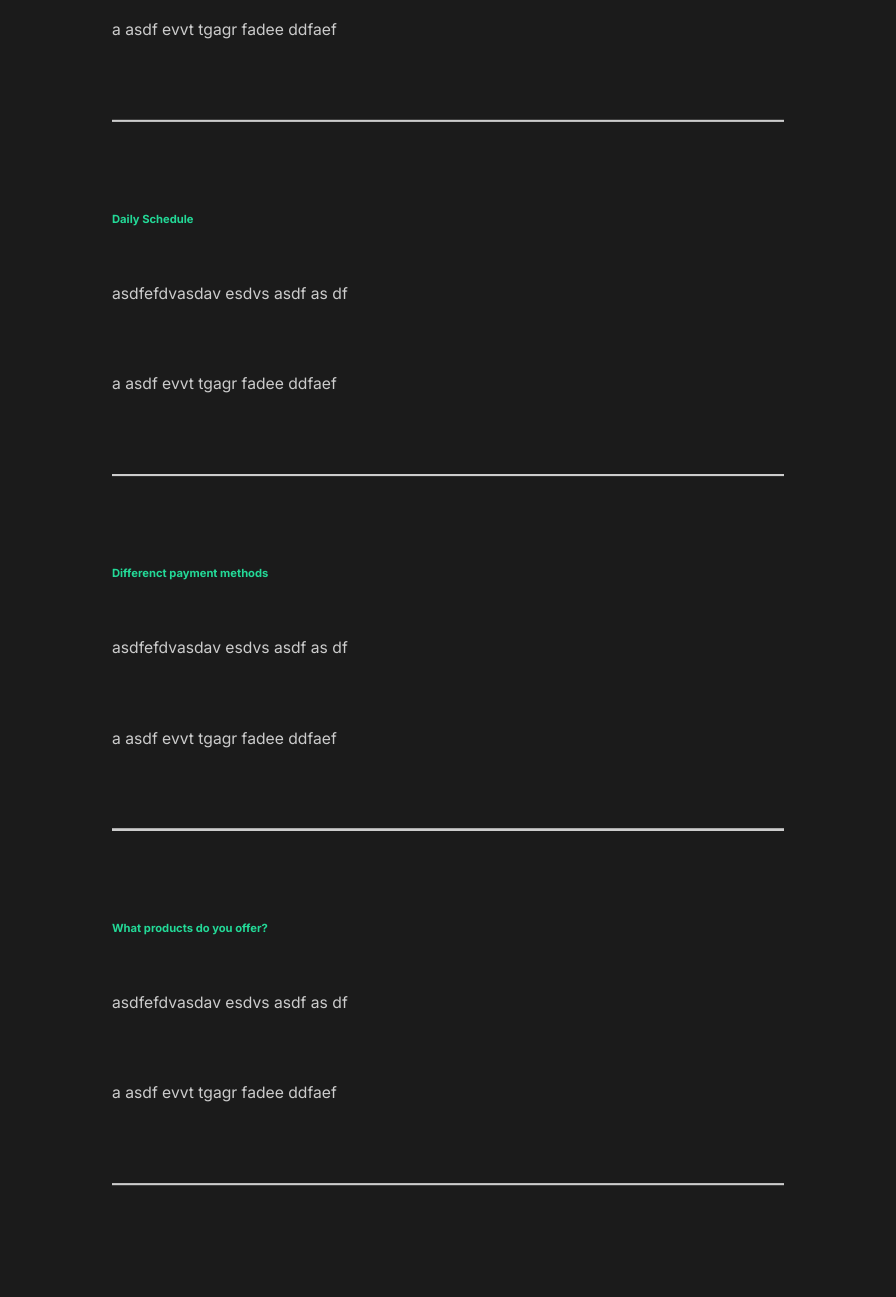
Repository: programmingwithlevi/capture
Page: /
An editor plug-in stored every save of this project. The page is shown before and after the next save, followed by the edit.
The browser window is 1280 px wide. The pictures show the part of the page from y = 2383 to 4303 px (the page is 4236 px tall before and 4303 px after), at 70% of full size.
The project was rebuilt for these pictures with package versions that can differ from the ones it lists, and the page was loaded fresh each time. Also part of the build but not shown: src/pages/ContactUs.js, src/pages/OurWork.js, src/movieState.js, src/pages/movieDetail.js.

Above is the page before, as saved 2021-12-11 11:41:55.

After the next save:
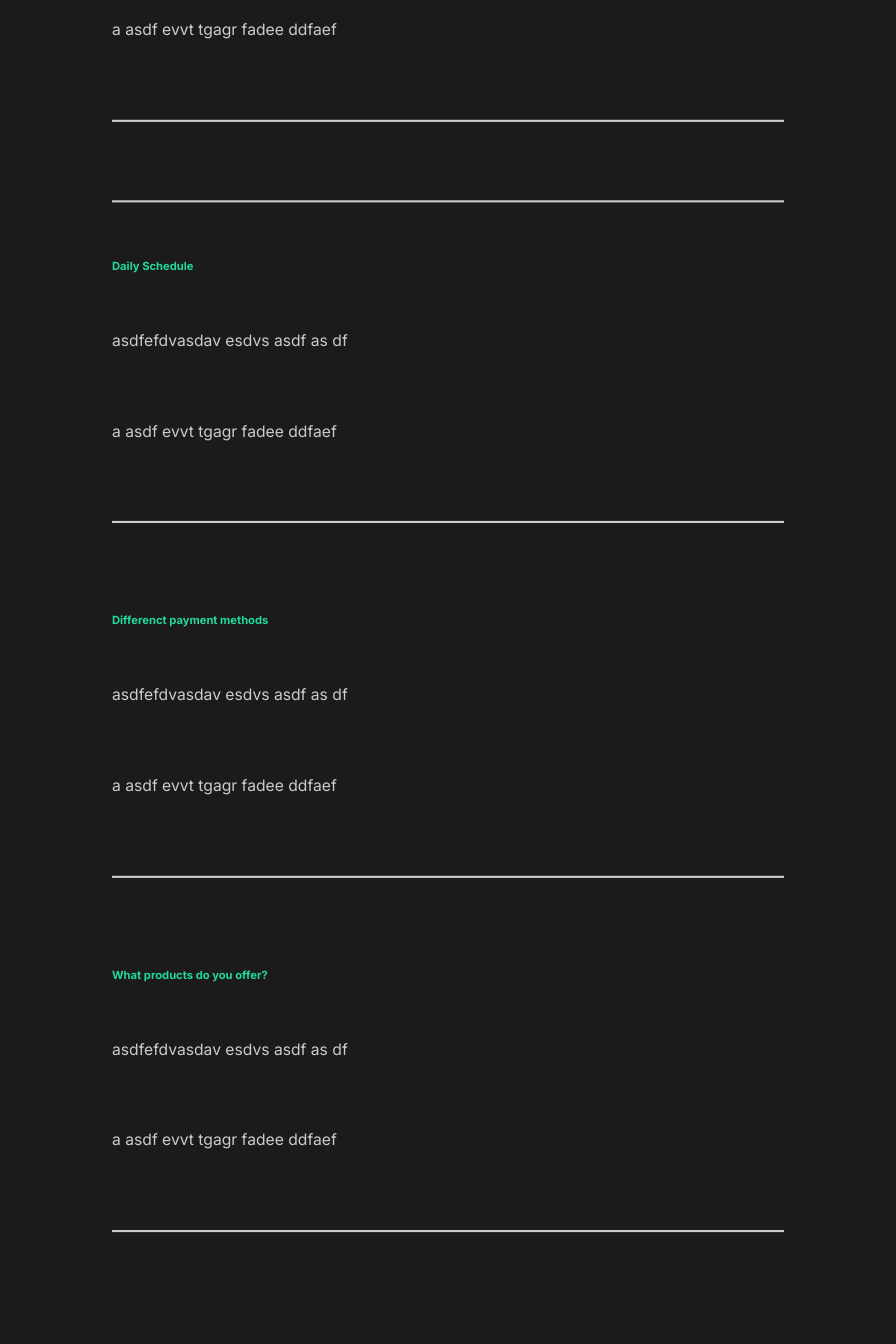
Saved 24 min 7 s later.
--- a/src/components/Toggle.js
+++ b/src/components/Toggle.js
@@ -5,6 +5,7 @@ const Toggle = ({children}) => {
     return(
         <div onClick={() => setToggle(!toggle)}>
             {toggle?children:""}
+            <div className="faq-line"></div>
         </div>
     )
 }
